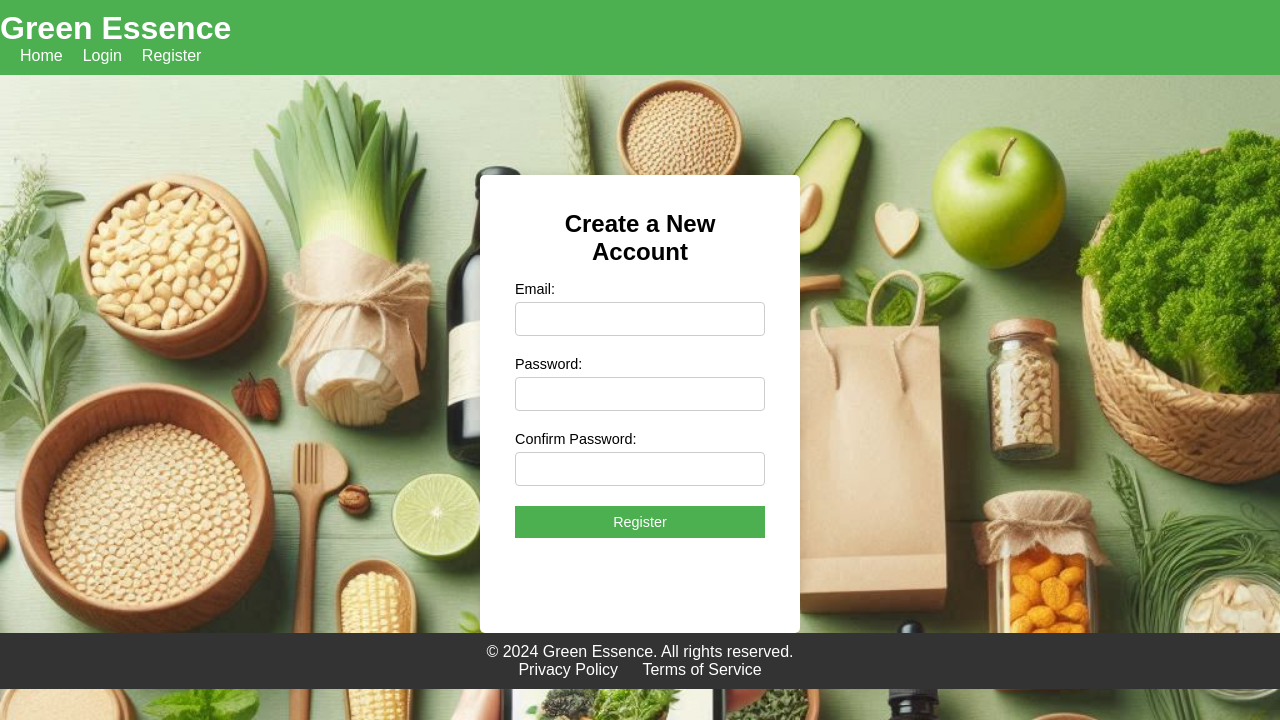
Repository: niki3210/Sahyadri
Page: Projectorganic/Register.html
An editor plug-in stored every save of this project. The page is shown before and after the next save, followed by the edit.
The browser window is 1280 px wide. The pictures show the whole page.

Above is the page before, as saved 2024-06-21 14:36:12.
Not found: Projectorganic/script.js

After the next save:
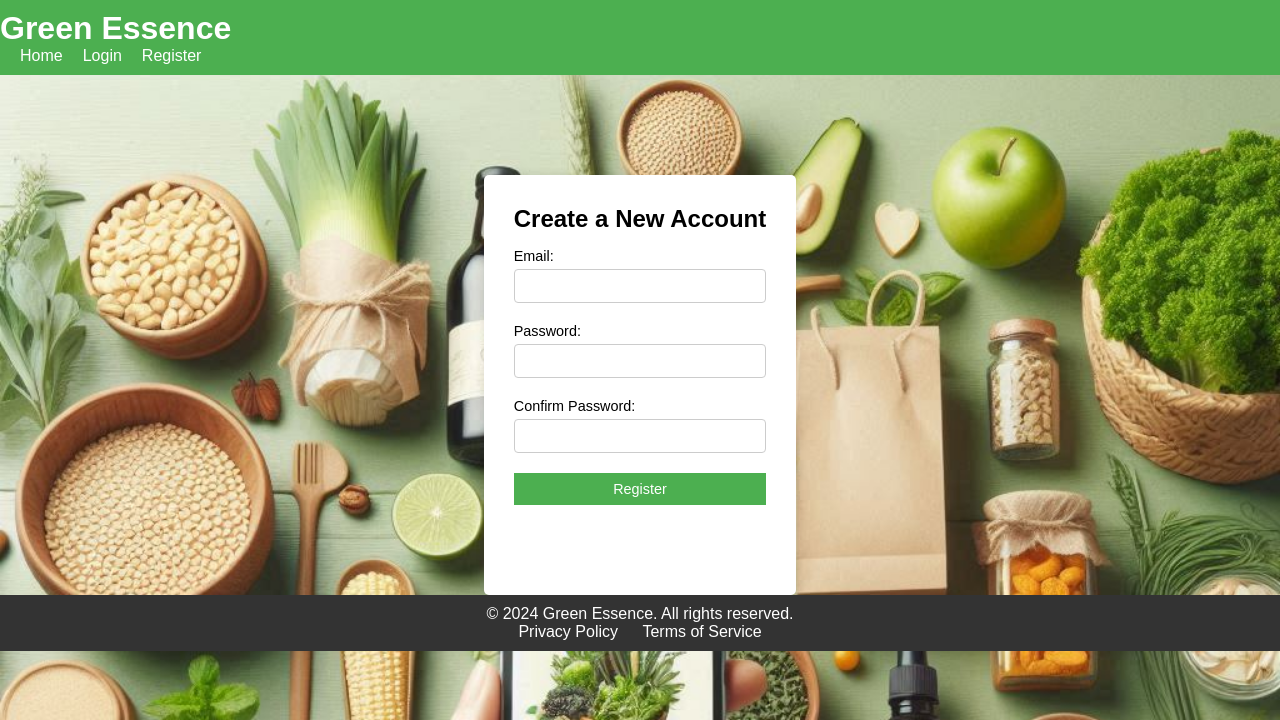
Saved 10 s later.
--- a/Projectorganic/styles.css
+++ b/Projectorganic/styles.css
@@ -137,7 +137,7 @@
 }
 
 .login-form, .register-form {
-    padding: 15px;
+    padding: 10px;
     margin-bottom: 60px;
 }
 

After the save that followed:
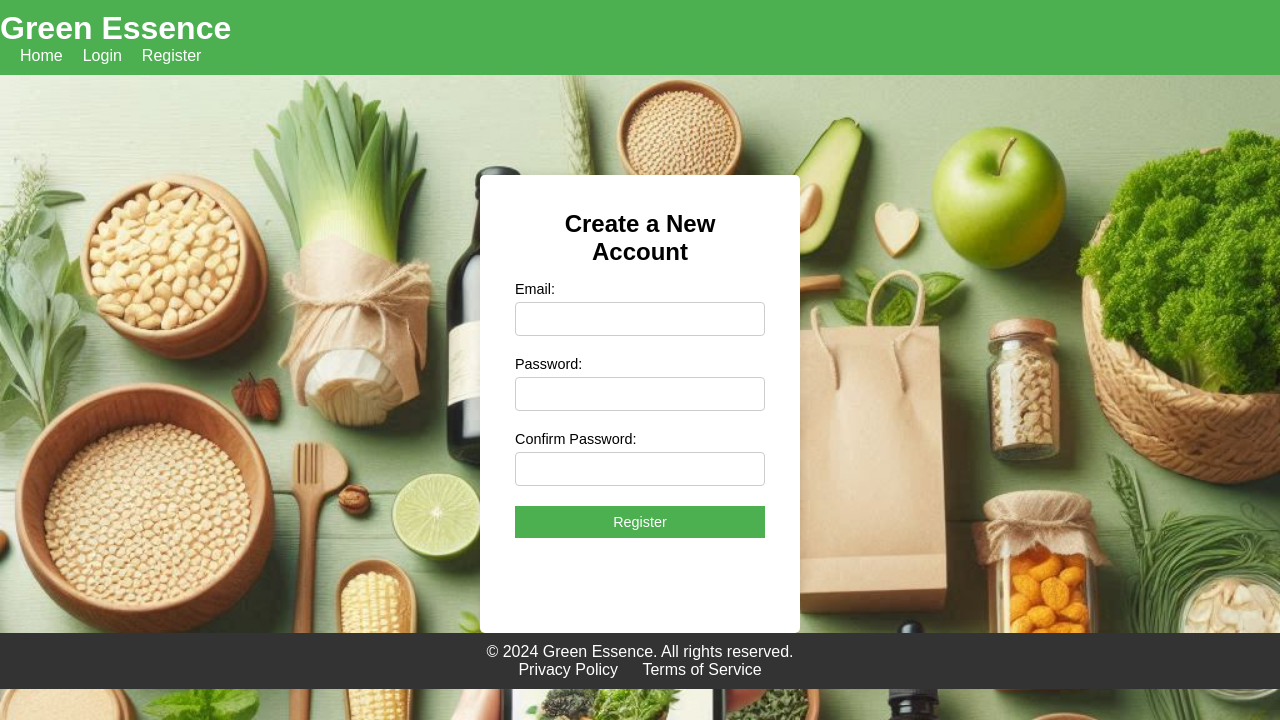
Saved 7 s later.
--- a/Projectorganic/styles.css
+++ b/Projectorganic/styles.css
@@ -137,7 +137,7 @@
 }
 
 .login-form, .register-form {
-    padding: 10px;
+    padding: 15px;
     margin-bottom: 60px;
 }
 
